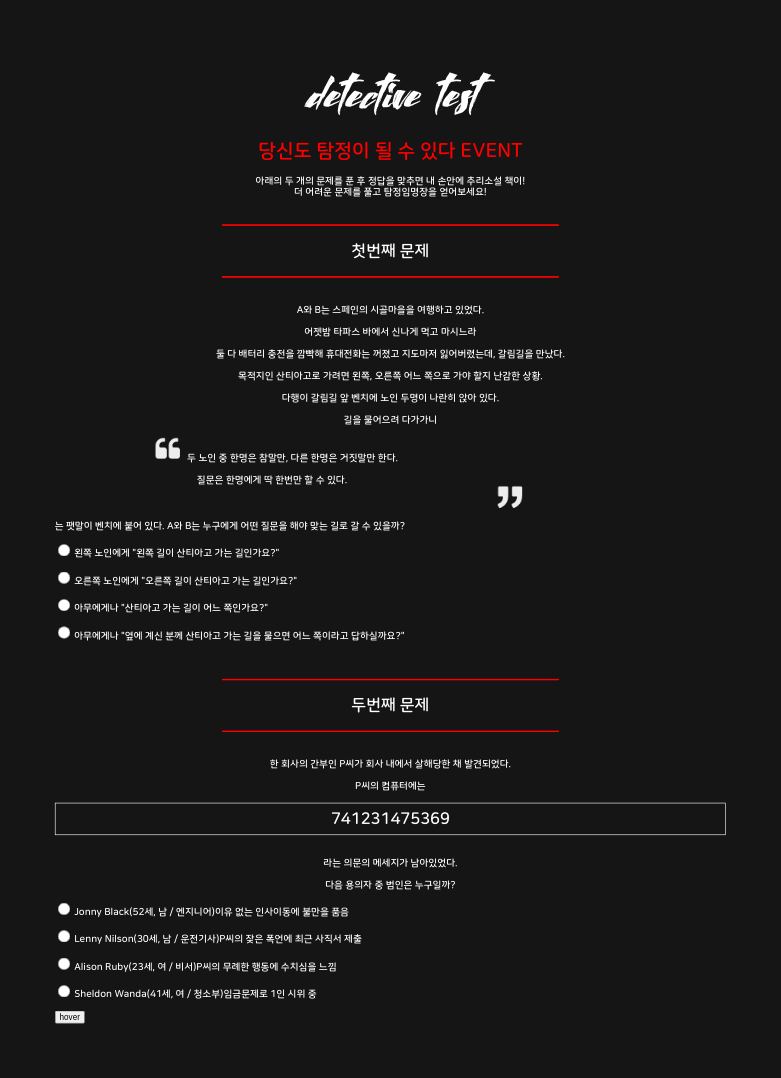
Repository: minkyung0421/Event_Project
Page: http://localhost/Event/quiz.jsp
The author's editor kept a copy of each file at every save. The page is drawn from the files as they stood at one save, then again after the next save.
The browser window is 1280 px wide. The pictures show the whole page, at 61% of full size.
The page is served by Tomcat 9.

Above is the page before, as saved 2018-09-04 07:37:01.

### Event_Project/Event/WebContent/quiz.jsp
<%@ page language="java" contentType="text/html; charset=UTF-8"
    pageEncoding="UTF-8"%>
<!DOCTYPE html PUBLIC "-//W3C//DTD HTML 4.01 Transitional//EN" "http://www.w3.org/TR/html4/loose.dtd">
<html>
<head>
<meta http-equiv="Content-Type" content="text/html; charset=UTF-8">
<title>EVENT</title>
<style>
@font-face{
	font-family: 'Calligraphy Personal Use'; src:url('font/Calligraphy Personal Use.ttf');
}
@font-face{font-family:'NANUMSQUAREROUNDL'; src:url('font/NANUMSQUAREROUNDL.TTF')}
@font-face{font-family:'NANUMSQUAREROUNDB'; src:url('font/NANUMSQUAREROUNDB.TTF')}

body{
	margin:7%;
	padding:0px;
	font-family:'NANUMSQUAREROUNDB';
	background-color: #151515;
	color: white;
}



</style>
</head>
<style>
</style>
<body>
<form action = "quiz_result.jsp" method="post">
<center><div style = "font-family: Calligraphy Personal Use; font-size: 90pt; margin-top:5%">detective test</div></center>

<center><h1 style = "color:red">당신도 탐정이 될 수 있다 EVENT</h1>
<div style = "color: white;">아래의 두 개의 문제를 푼 후 정답을 맞추면 내 손안에 추리소설 책이! <br>
더 어려운 문제를 풀고 탐정임명장을 얻어보세요!</div>
<br><br>
<hr color="red" style = "width: 50%">
<br>
<div style = "font-size: 20pt;">첫번째 문제</div>
<br>
<hr color="red" style = "width: 50%">
<br>
<br>
</center>
<center>
A와 B는 스페인의 시골마을을 여행하고 있었다. <br><br>
어젯밤 타파스 바에서 신나게 먹고 마시느라 <br><br> 둘 다 배터리 충전을 깜빡해
휴대전화는 꺼졌고 지도마저 잃어버렸는데, 갈림길을 만났다.<br><br>
목적지인 산티아고로 가려면 왼쪽, 오른쪽 어느 쪽으로 가야 할지 난감한 상황. <br><br>
다행이 갈림길 앞 벤치에 노인 두명이 나란히 앉아 있다. <br><br>길을 물어으려 다가가니<br><br> </center>
<div style = "margin-left:15%;"><img src ="img/quote-left.png" widt=40px height=40px>&nbsp;&nbsp;
두 노인 중 한명은 참말만, 다른 한명은 거짓말만 한다.<br><br>&nbsp;&nbsp;&nbsp;&nbsp;&nbsp;&nbsp;&nbsp;
&nbsp;&nbsp;&nbsp;&nbsp;&nbsp;&nbsp;&nbsp;&nbsp;&nbsp;질문은 한명에게 딱 한번만 할 수 있다.<br><img src ="img/right-quote-sign.png" widt=40px height=40px style = "margin-left:60%;"></div><br>
는 팻말이 벤치에 붙어 있다. A와 B는 누구에게 어떤 질문을 해야 맞는 길로 갈 수 있을까?<br><br>


	<label><input type = "radio" name = "quiz1" value = "1" style="width:20px;height:20px;"> 왼쪽 노인에게 "왼쪽 길이 산티아고 가는 길인가요?"</label><br><br>
	<label><input type = "radio" name = "quiz1" value = "2" style="width:20px;height:20px;"> 오른쪽 노인에게 "오른쪽 길이 산티아고 가는 길인가요?"</label><br><br>
	<label><input type = "radio" name = "quiz1" value = "3" style="width:20px;height:20px;"> 아무에게나 "산티아고 가는 길이 어느 쪽인가요?"</label><br><br>
	<label><input type = "radio" name = "quiz1" value = "4" style="width:20px;height:20px;"> 아무에게나 "옆에 계신 분께 산티아고 가는 길을 물으면 어느 쪽이라고 답하실까요?"</label><br><br>

<center>
<br><br>
<hr color="red" style = "width: 50%; ">
<br>
<div style = "font-size: 20pt;">두번째 문제</div>
<br>
<hr color="red" style = "width: 50%;">
<br>
<br>
한 회사의 간부인 P씨가 회사 내에서 살해당한 채 발견되었다.<br><br>
P씨의 컴퓨터에는<br><br>
 <div style="border:1px solid; padding:10px; font-size: 20pt"> 741231475369 </div><br><br>
 라는 의문의 메세지가 남아있었다.<br><br>
 다음 용의자 중 범인은 누구일까? <br><br>
 </center>
	<label><input type = "radio" name = "quiz2" value = "1" style="width:20px;height:20px;"> Jonny Black(52세, 남 / 엔지니어)이유 없는 인사이동에 불만을 품음</label><br><br>
	<label><input type = "radio" name = "quiz2" value = "2" style="width:20px;height:20px;"> Lenny Nilson(30세, 남 / 운전기사)P씨의 잦은 폭언에 최근 사직서 제출</label><br><br>
	<label><input type = "radio" name = "quiz2" value = "3" style="width:20px;height:20px;"> Alison Ruby(23세, 여 / 비서)P씨의 무례한 행동에 수치심을 느낌</label><br><br>
	<label><input type = "radio" name = "quiz2" value = "4" style="width:20px;height:20px;"> Sheldon Wanda(41세, 여 / 청소부)임금문제로 1인 시위 중</label><br><br>


	<button>hover</button>
</form>

</body>
</html>

After the next save:
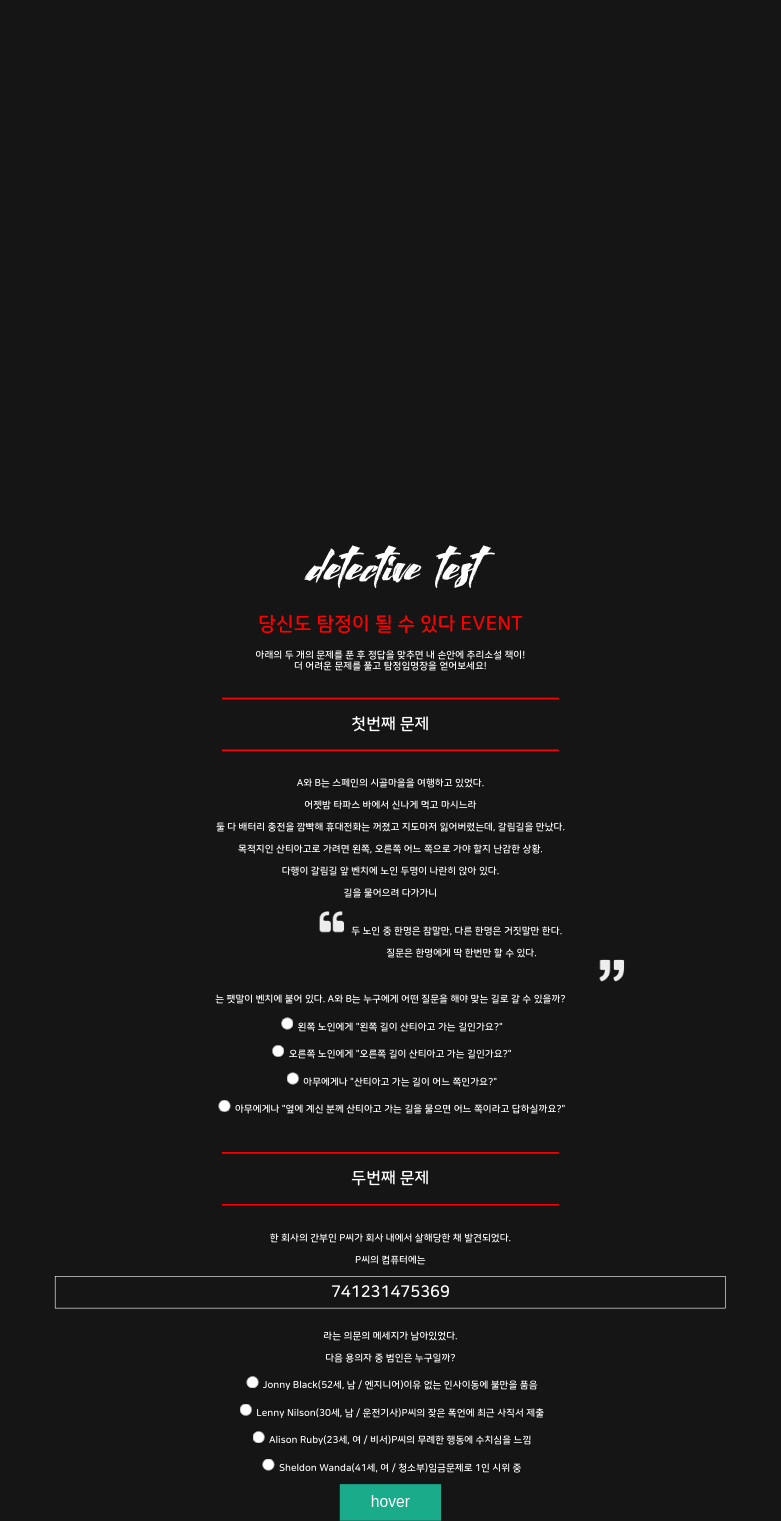
Saved 2 min 14 s later.
--- a/Event_Project/Event/WebContent/quiz.jsp
+++ b/Event_Project/Event/WebContent/quiz.jsp
@@ -20,7 +20,54 @@ body{
 	color: white;
 }
 
-
+html,body{
+  height:100%;
+}
+body{
+  text-align:center;
+}
+body:before{
+  content:'';
+  height:100%;
+  display:inline-block;
+  vertical-align:middle;
+}
+button{
+  background:#1AAB8A;
+  color:#fff;
+  border:none;
+  position:relative;
+  height:60px;
+  font-size:1.6em;
+  padding:0 2em;
+  cursor:pointer;
+  transition:800ms ease all;
+  outline:none;
+}
+button:hover{
+  background:#fff;
+  color:#1AAB8A;
+}
+button:before,button:after{
+  content:'';
+  position:absolute;
+  top:0;
+  right:0;
+  height:2px;
+  width:0;
+  background: #1AAB8A;
+  transition:400ms ease all;
+}
+button:after{
+  right:inherit;
+  top:inherit;
+  left:0;
+  bottom:0;
+}
+button:hover:before,button:hover:after{
+  width:100%;
+  transition:800ms ease all;
+}
 
 </style>
 </head>
